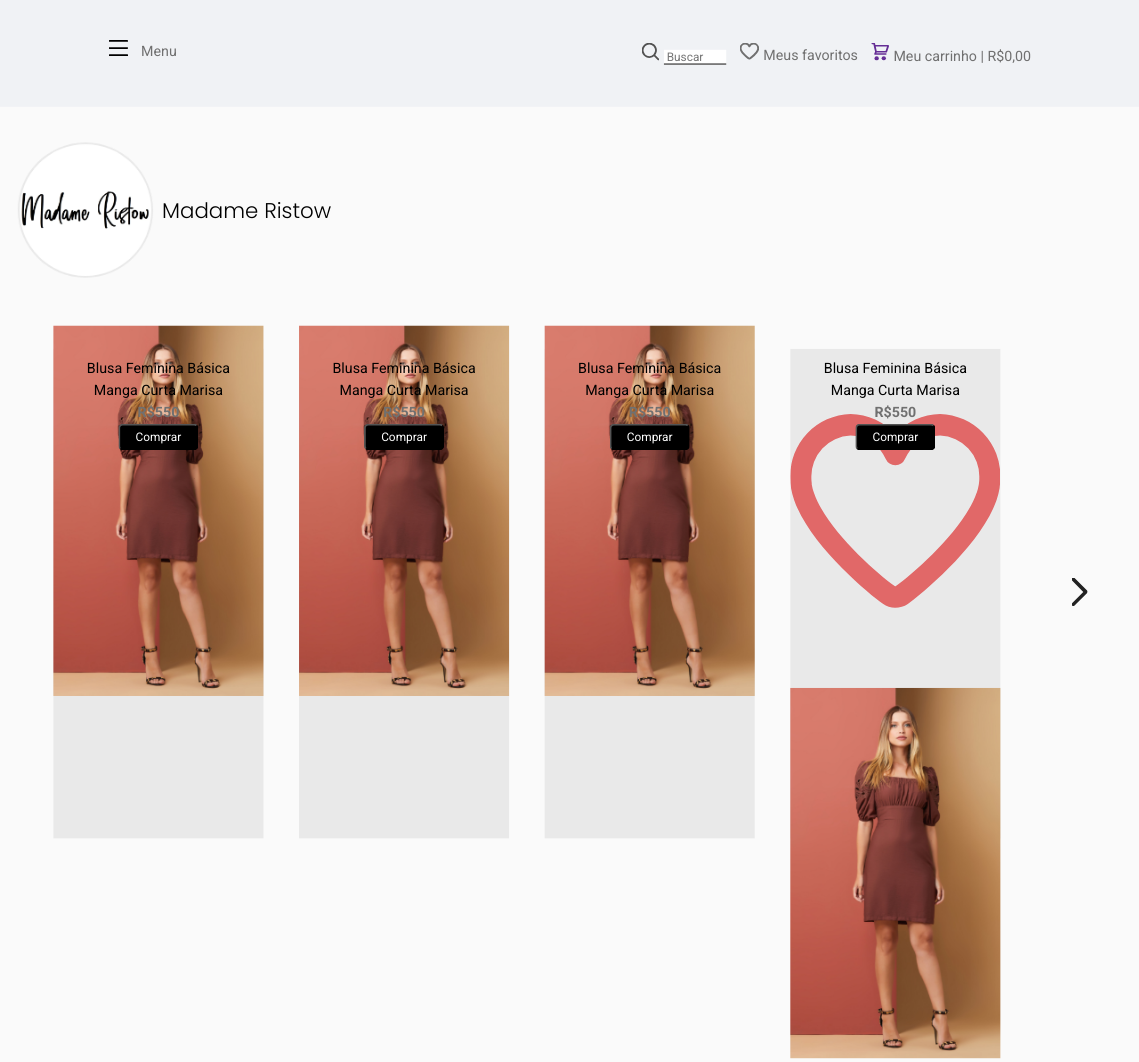
Repository: gutobarbosa/FrontEndLojaVirtual
Page: /
These files come from the project's save history. The page is drawn as it stood at one moment and after the next save; the edit follows.
The browser window is 1280 px wide. The pictures show the whole page, at 89% of full size.
The project was rebuilt for these pictures with package versions that can differ from the ones it lists, and the page was loaded fresh each time. Also part of the build but not shown: src/pages/Repository/styles.ts, src/services/api.ts, src/pages/Repository/index.tsx.

Above is the page before, as saved 2020-11-20 23:07:21.

After the next save:
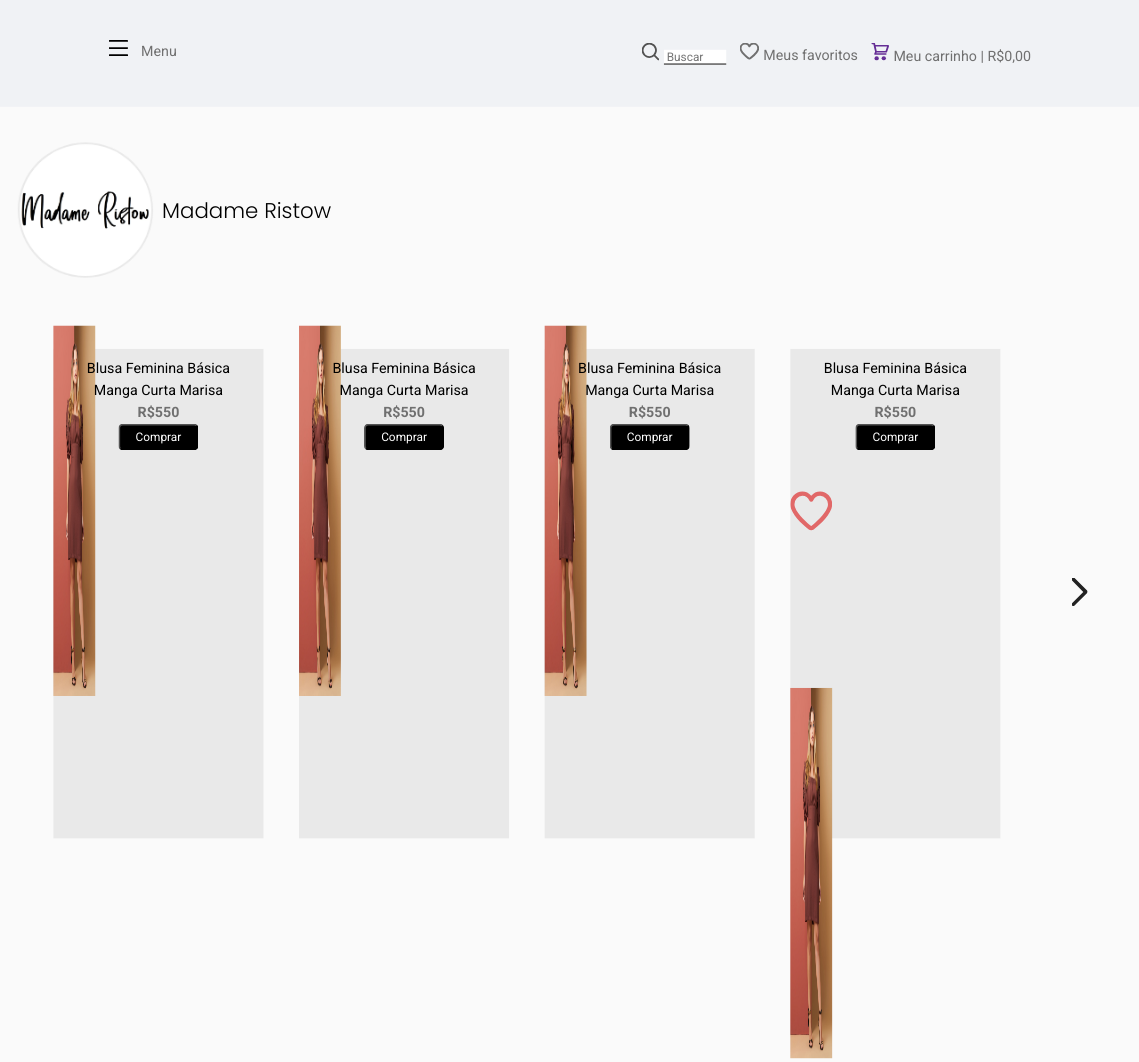
Saved 100 s later.
--- a/src/pages/Dashboard/styles.ts
+++ b/src/pages/Dashboard/styles.ts
@@ -53,7 +53,7 @@ align-items: center;
         margin-top: -13px;
     }
     .productImage:first-child {
-        width: 100%;
+        width: 20%;
         height: 12px;
         margin-top: -13px;
     }
